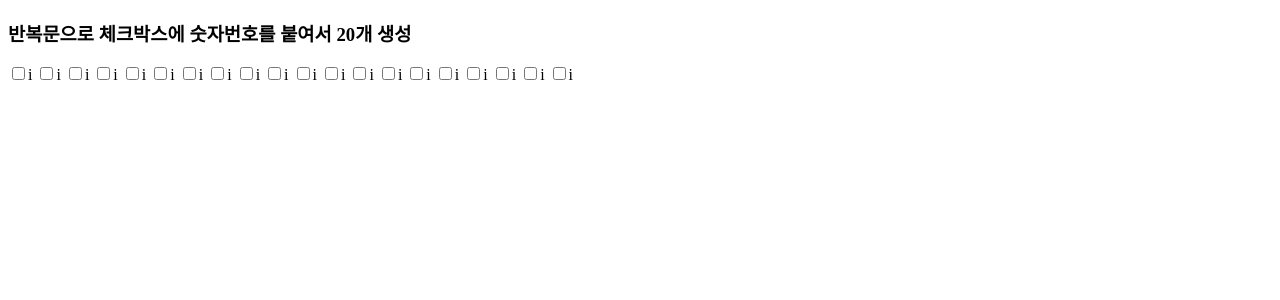
Repository: YeonHaw/jsp
Page: http://localhost/JSPBasic/JSpTag/script02.jsp
The author's editor kept a copy of each file at every save. The page is drawn from the files as they stood at one save, then again after the next save.
The browser window is 1280 px wide. The pictures show the whole page.
The page is served by Tomcat 9. Nobody is signed in. The application's start-up code is not run. Other server files are loaded and not shown.

Above is the page before, as saved 2023-12-27 07:40:22.

### JSPBasic/src/main/webapp/JSpTag/script02.jsp
<%@ page language="java" contentType="text/html; charset=UTF-8"
    pageEncoding="UTF-8"%>
<!DOCTYPE html>
<html>
<head>
<meta charset="UTF-8">
<title>Insert title here</title>
</head>
<body>
<%-- <%
	int age=10;
	String name = "홍길동";

%>

<%
	out.println(age + "세 입니다");
%>

<%=name %> 님의 나이는 <%=age %>세 입니다

<hr> --%>
<h3>반복문으로 체크박스에 숫자번호를 붙여서 20개 생성</h3>

<% for(int i =1; i<=20; i++){
	out.println("<input type='checkbox' name='ex' >i");
}
%>


<!-- <hr>
<h3>구구단 3단을 표현식을 이용해서 출력</h3>
<hr>
<h3>1~81까지 숫자를 테이블에 표현 (중첩반복)</h3> -->

</body>
</html>

After the next save:
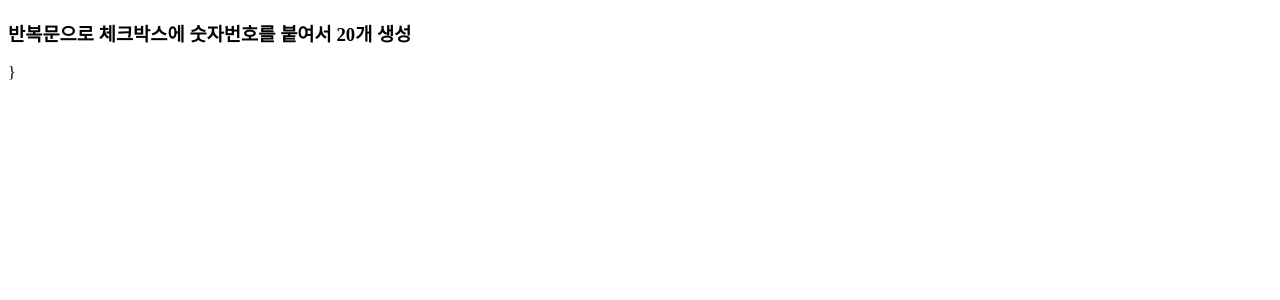
Saved 13 min 37 s later.
--- a/JSPBasic/src/main/webapp/JSpTag/script02.jsp
+++ b/JSPBasic/src/main/webapp/JSpTag/script02.jsp
@@ -21,13 +21,11 @@
 
 <hr> --%>
 <h3>반복문으로 체크박스에 숫자번호를 붙여서 20개 생성</h3>
+<% for(int i=1; i>20; i++){%>
+	<input type="checkbox" name ="ex"> <%=i %>
+<% }%>
 
-<% for(int i =1; i<=20; i++){
-	out.println("<input type='checkbox' name='ex' >i");
 }
-%>
-
-
 <!-- <hr>
 <h3>구구단 3단을 표현식을 이용해서 출력</h3>
 <hr>
